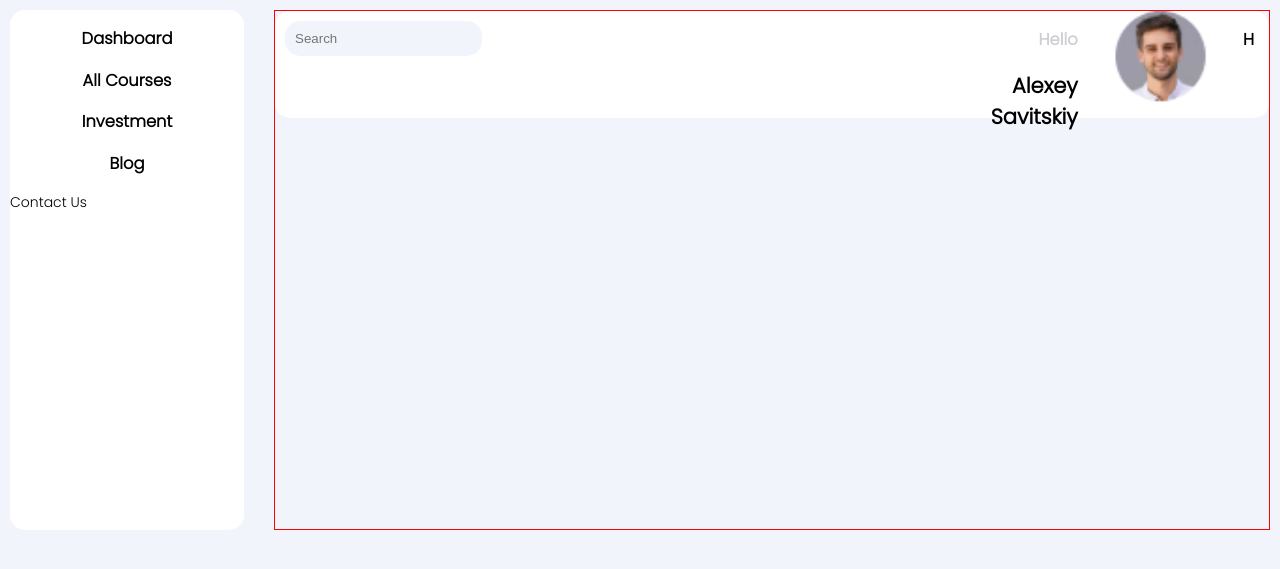
Repository: Anuruddha00/dashboard-design
Page: /
The author's editor kept a copy of each file at every save. The page is drawn from the files as they stood at one save, then again after the next save.
The browser window is 1280 px wide. The pictures show the whole page.
The project was rebuilt for these pictures with package versions that can differ from the ones it lists, and the page was loaded fresh each time.

Above is the page before, as saved 2021-05-07 00:26:48.

### public/index.html
<!DOCTYPE html>
<html lang="en">
  <head>
    <meta charset="utf-8" />
    <link rel="icon" href="%PUBLIC_URL%/favicon.ico" />
    <meta name="viewport" content="width=device-width, initial-scale=1" />
    <meta name="theme-color" content="#000000" />
    <meta
      name="description"
      content="Web site created using create-react-app"
    />
    <link rel="apple-touch-icon" href="%PUBLIC_URL%/logo192.png" />

    <link rel="preconnect" href="https://fonts.gstatic.com">
    <link href="https://fonts.googleapis.com/css2?family=Poppins:wght@300&display=swap" rel="stylesheet">

    <!--
      manifest.json provides metadata used when your web app is installed on a
      user's mobile device or desktop. See https://developers.google.com/web/fundamentals/web-app-manifest/
    -->
    <link rel="manifest" href="%PUBLIC_URL%/manifest.json" />
    <!--
      Notice the use of %PUBLIC_URL% in the tags above.
      It will be replaced with the URL of the `public` folder during the build.
      Only files inside the `public` folder can be referenced from the HTML.

      Unlike "/favicon.ico" or "favicon.ico", "%PUBLIC_URL%/favicon.ico" will
      work correctly both with client-side routing and a non-root public URL.
      Learn how to configure a non-root public URL by running `npm run build`.
    -->
    <title>React App</title>
  </head>
  <body>
    <noscript>You need to enable JavaScript to run this app.</noscript>
    <div id="root"></div>
    <!--
      This HTML file is a template.
      If you open it directly in the browser, you will see an empty page.

      You can add webfonts, meta tags, or analytics to this file.
      The build step will place the bundled scripts into the <body> tag.

      To begin the development, run `npm start` or `yarn start`.
      To create a production bundle, use `npm run build` or `yarn build`.
    -->
  </body>
</html>

### src/index.js
import React from 'react';
import ReactDOM from 'react-dom';
import Dashboard from './containers/Dashboard/Dashboard';
import reportWebVitals from './reportWebVitals';

ReactDOM.render(
  <React.StrictMode>
    <Dashboard />
  </React.StrictMode>,
  document.getElementById('root')
);

// If you want to start measuring performance in your app, pass a function
// to log results (for example: reportWebVitals(console.log))
// or send to an analytics endpoint. Learn more: https://bit.ly/CRA-vitals
reportWebVitals();

### src/containers/Dashboard/Dashboard.js
import React from 'react';
import './Dashboard.scss';

const dashboard = () =>{

    return(
        <div className='container'>
            <div className='dashboard'>
                <div className='dashboardSideBar'>
                    <h3>Dashboard</h3>
                    <h3>All Courses</h3>
                    <h3>Investment</h3>
                    <h3>Blog</h3>
                    <p>Contact Us</p>
                </div>
                <div className='dashboardMenu'>
                    <section className='content'>
                        <nav className='contentNavbar'>
                            <div className='contentNavbarSearch'>
                                <form>
                                    <input type='text' placeholder='Search'/>
                                </form>
                            </div>
                            <div className='contentNavbarProfile'>
                                <div className='contentNavbarProfileName'>
                                    <h3>Hello</h3>
                                    <h2>Alexey Savitskiy</h2>
                                </div>
                                <img src='./assets/Image 9.png'/>
                                <h1>H</h1>
                            </div>
                        </nav>
                   </section>

                   <section>

                   </section>
                </div>
            </div>
        </div>
    )

}
export default dashboard;


{/* <nav className ='navBar'>
                    <div className='navBarContent'>
                        <div className='navBarContentSearch'>
                            <form className='navBarContentSearchField'>
                                <input type='text' placeholder='Search'/>
                            </form>
                        </div>
                        <div className='navBarContentProfile'>
                            <div className='navBarContentProfileName'>
                                <h2>Hello</h2>
                                <h2>Alexey Savitskiy</h2>
                            </div>
                            <img src='./assets/Image 9.png'/>
                            <h1>H</h1>
                        </div>
                    </div>
                </nav> */}

### src/containers/Dashboard/Dashboard.scss

body{
    margin: 0;
    padding: 0;
    font-size: 0.875rem;
    font-family: 'Poppins', sans-serif;

}

.container{
    background: #f1f5fb;
    height: 100vh;

    .dashboard{
        display: grid;
        grid-template-columns: 1fr 4fr;
        gap:10px;
        grid-auto-rows: minmax(100px, auto);

        &SideBar{
            grid-column: 1;
            grid-row: 1 / 6;
            border-radius: 15px;
            background: #ffffff;
            margin: 10px;

            h3{
                text-align: center;
                align-content: center;
            }

        }
        &Menu{
            border: 1px solid red;
            grid-column: 2;
            grid-row: 1 / 6;
            margin: 10px;

            .content{
                display: grid;
                grid-template-rows:1fr 3fr ;
                gap:10px;

                &Navbar{
                    display: flex;
                    justify-content: space-between;
                    background: #ffffff;
                    border-radius: 15px;

                    &Search{

                        input{
                            background: #f1f5fb;
                            border-style: none;
                            padding:10px;
                            margin: 10px;
                            border-radius: 15px;
                        }
                    }
                    &Profile{
                        display: flex;
                        flex-direction: row;
                        gap: 2em;
                        margin-right: 15px;

                        &Name{
                            text-align: end;

                            h3{
                                color: #cdcdd3;

                            }
                        }
                    }
                }
            }
        }
    }
}


// .navBar{
//     display: flex;
//     justify-content: end;
//     border: 1px solid #ffffff;
//     background:#ffffff;

//     &Content{
//         display: flex;


//         &Search{

//             &Field{

//             }
//         }
//         &Profile{

//             &Name{

//             }
//             display: flex;
//             gap: 1em;
//         }
//     }
// }

Loaded but not shown: src/reportWebVitals.js (common file)

After the next save:
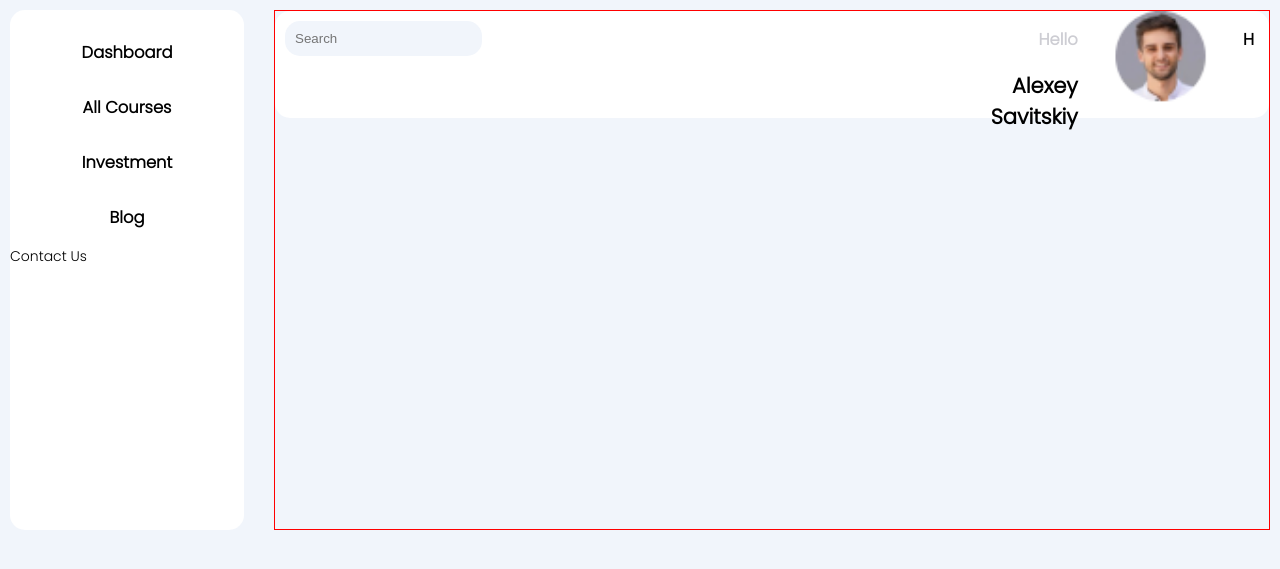
Saved 57 s later.
--- a/src/containers/Dashboard/Dashboard.scss
+++ b/src/containers/Dashboard/Dashboard.scss
@@ -26,7 +26,7 @@ body{
 
             h3{
                 text-align: center;
-                align-content: center;
+                margin-top: 30px;
             }
 
         }
